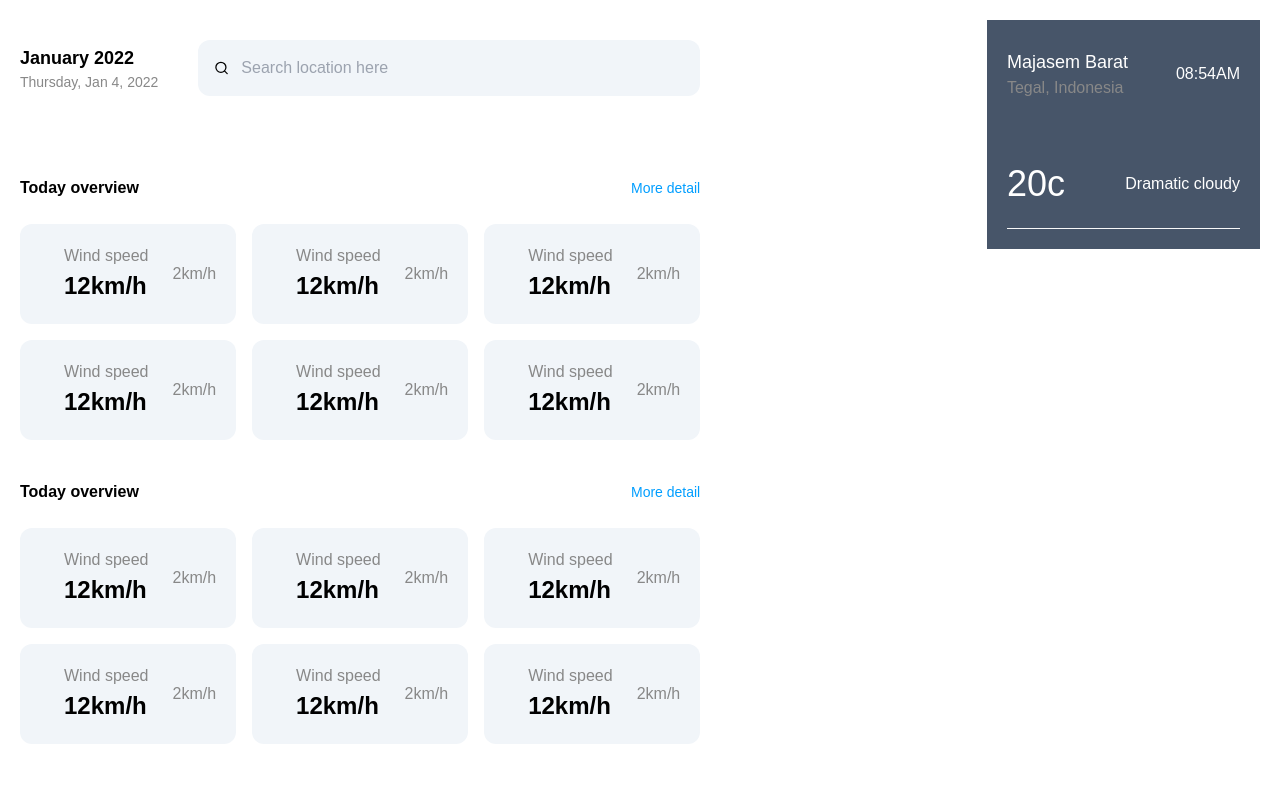
Repository: theweirdboiz/datawarehouse-ui
Page: /
These files come from the project's save history. The page is drawn as it stood at one moment and after the next save; the edit follows.
The browser window is 1280 px wide. The pictures show the whole page.
The project was rebuilt for these pictures with package versions that can differ from the ones it lists, and the page was loaded fresh each time. Also part of the build but not shown: vite.config.js.

Above is the page before, as saved 2022-11-23 18:15:14.

### index.html
<!DOCTYPE html>
<html lang="en">
  <head>
    <meta charset="UTF-8" />
    <link rel="icon" type="image/svg+xml" href="/vite.svg" />
    <meta name="viewport" content="width=device-width, initial-scale=1.0" />
    <title>Weather - Datawarehouse</title>
  </head>
  <body>
    <div id="root"></div>
    <script type="module" src="/src/main.jsx"></script>
  </body>
</html>

### src/App.jsx
import { useState } from "react";
import { FiSearch } from "react-icons/fi";

function App() {
  const date = "font-[900] text-lg";
  const detailDate = "text-sm text-[#888]";

  const contentTop = "mt-[20px] flex items-center gap-x-10 mb-20";
  const contentSearch =
    "content__search p-4 flex items-center gap-x-3 flex-1 rounded-xl bg-slate-100";

  return (
    <div className="p-5 mx-auto max-w-7xl">
      <div className="flex justify-between">
        <section className="content max-w-3xl">
          <div className={contentTop}>
            <div className="flex-col">
              <h3 className={date}>January 2022</h3>
              <div className={detailDate}>Thursday, Jan 4, 2022</div>
            </div>
            <div className={contentSearch}>
              <FiSearch />
              <input
                className="w-full bg-transparent"
                type="text"
                placeholder="Search location here"
              />
            </div>
          </div>
          <div className="content__detail mb-10">
            <div className="flex items-center justify-between">
              <h4 className="font-semibold">Today overview</h4>
              <div className="">
                <button className="text-sm font-medium text-[#009EFF]">
                  More detail
                </button>
              </div>
            </div>
            <div>
              <div className="content__detail-box grid grid-cols-3 gap-4 mt-6">
                <div className="content__detail-item p-5 flex items-center gap-x-6 bg-slate-100 rounded-xl">
                  <i></i>
                  <div className="speed flex flex-col">
                    <h4 className="text-[#888]">Wind speed</h4>
                    <span className="text-[24px] font-semibold">12km/h</span>
                  </div>
                  <span className="text-[#888]">2km/h</span>
                </div>
                <div className="content__detail-item p-5 flex items-center gap-x-6 bg-slate-100 rounded-xl">
                  <i></i>
                  <div className="speed flex flex-col">
                    <h4 className="text-[#888]">Wind speed</h4>
                    <span className="text-[24px] font-semibold">12km/h</span>
                  </div>
                  <span className="text-[#888]">2km/h</span>
                </div>
                <div className="content__detail-item p-5 flex items-center gap-x-6 bg-slate-100 rounded-xl">
                  <i></i>
                  <div className="speed flex flex-col">
                    <h4 className="text-[#888]">Wind speed</h4>
                    <span className="text-[24px] font-semibold">12km/h</span>
                  </div>
                  <span className="text-[#888]">2km/h</span>
                </div>
                <div className="content__detail-item p-5 flex items-center gap-x-6 bg-slate-100 rounded-xl">
                  <i></i>
                  <div className="speed flex flex-col">
                    <h4 className="text-[#888]">Wind speed</h4>
                    <span className="text-[24px] font-semibold">12km/h</span>
                  </div>
                  <span className="text-[#888]">2km/h</span>
                </div>
                <div className="content__detail-item p-5 flex items-center gap-x-6 bg-slate-100 rounded-xl">
                  <i></i>
                  <div className="speed flex flex-col">
                    <h4 className="text-[#888]">Wind speed</h4>
                    <span className="text-[24px] font-semibold">12km/h</span>
                  </div>
                  <span className="text-[#888]">2km/h</span>
                </div>
                <div className="content__detail-item p-5 flex items-center gap-x-6 bg-slate-100 rounded-xl">
                  <i></i>
                  <div className="speed flex flex-col">
                    <h4 className="text-[#888]">Wind speed</h4>
                    <span className="text-[24px] font-semibold">12km/h</span>
                  </div>
                  <span className="text-[#888]">2km/h</span>
                </div>
              </div>
            </div>
          </div>
          <div className="content__detail mb-10">
            <div className="flex items-center justify-between">
              <h4 className="font-semibold">Today overview</h4>
              <div className="">
                <button className="text-sm font-medium text-[#009EFF]">
                  More detail
                </button>
              </div>
            </div>
            <div>
              <div className="content__detail-box grid grid-cols-3 gap-4 mt-6">
                <div className="content__detail-item p-5 flex items-center gap-x-6 bg-slate-100 rounded-xl">
                  <i></i>
                  <div className="speed flex flex-col">
                    <h4 className="text-[#888]">Wind speed</h4>
                    <span className="text-[24px] font-semibold">12km/h</span>
                  </div>
                  <span className="text-[#888]">2km/h</span>
                </div>
                <div className="content__detail-item p-5 flex items-center gap-x-6 bg-slate-100 rounded-xl">
                  <i></i>
                  <div className="speed flex flex-col">
                    <h4 className="text-[#888]">Wind speed</h4>
                    <span className="text-[24px] font-semibold">12km/h</span>
                  </div>
                  <span className="text-[#888]">2km/h</span>
                </div>
                <div className="content__detail-item p-5 flex items-center gap-x-6 bg-slate-100 rounded-xl">
                  <i></i>
                  <div className="speed flex flex-col">
                    <h4 className="text-[#888]">Wind speed</h4>
                    <span className="text-[24px] font-semibold">12km/h</span>
                  </div>
                  <span className="text-[#888]">2km/h</span>
                </div>
                <div className="content__detail-item p-5 flex items-center gap-x-6 bg-slate-100 rounded-xl">
                  <i></i>
                  <div className="speed flex flex-col">
                    <h4 className="text-[#888]">Wind speed</h4>
                    <span className="text-[24px] font-semibold">12km/h</span>
                  </div>
                  <span className="text-[#888]">2km/h</span>
                </div>
                <div className="content__detail-item p-5 flex items-center gap-x-6 bg-slate-100 rounded-xl">
                  <i></i>
                  <div className="speed flex flex-col">
                    <h4 className="text-[#888]">Wind speed</h4>
                    <span className="text-[24px] font-semibold">12km/h</span>
                  </div>
                  <span className="text-[#888]">2km/h</span>
                </div>
                <div className="content__detail-item p-5 flex items-center gap-x-6 bg-slate-100 rounded-xl">
                  <i></i>
                  <div className="speed flex flex-col">
                    <h4 className="text-[#888]">Wind speed</h4>
                    <span className="text-[24px] font-semibold">12km/h</span>
                  </div>
                  <span className="text-[#888]">2km/h</span>
                </div>
              </div>
            </div>
          </div>
        </section>
        <section className="content__right text-white">
          <div className="bg-slate-600 p-5">
            <div className="flex items-center gap-x-12 justify-between mt-2 mb-5 ">
              <div className="flex flex-col">
                <h3 className="text-lg">Majasem Barat</h3>
                <span className="text-[#888]">Tegal, Indonesia</span>
              </div>
              <h4>08:54AM</h4>
            </div>
            <div className="mt-16 flex justify-between items-center border-b-[1px] border-[#f8f8f8] pb-6">
              <div className="">
                <h2 className="text-4xl">20c</h2>
              </div>
              <h3>Dramatic cloudy</h3>
            </div>
          </div>
        </section>
      </div>
    </div>
  );
}

export default App;

### src/index.scss
@tailwind base;
@tailwind components;
@tailwind utilities;

@layer base {
  @import url("https://fonts.googleapis.com/css2?family=Poppins:wght@300;500;600;900&display=swap");

  *,
  *::before,
  *::after {
    box-sizing: border-box;
  }
  * {
    margin: 0;
    padding: 0;
  }
  body {
    line-height: 1.5;
    font-family: "Poppins", sans-serif;
  }
  img,
  picture,
  video,
  canvas,
  svg {
    display: block;
    max-width: 100%;
  }
  input,
  button,
  textarea,
  select {
    outline: none;
  }
  p,
  h1,
  h2,
  h3,
  h4,
  h5,
  h6 {
    overflow-wrap: break-word;
  }
}

Loaded but not shown: src/main.jsx (common file); tailwind.config.cjs (common file)

After the next save:
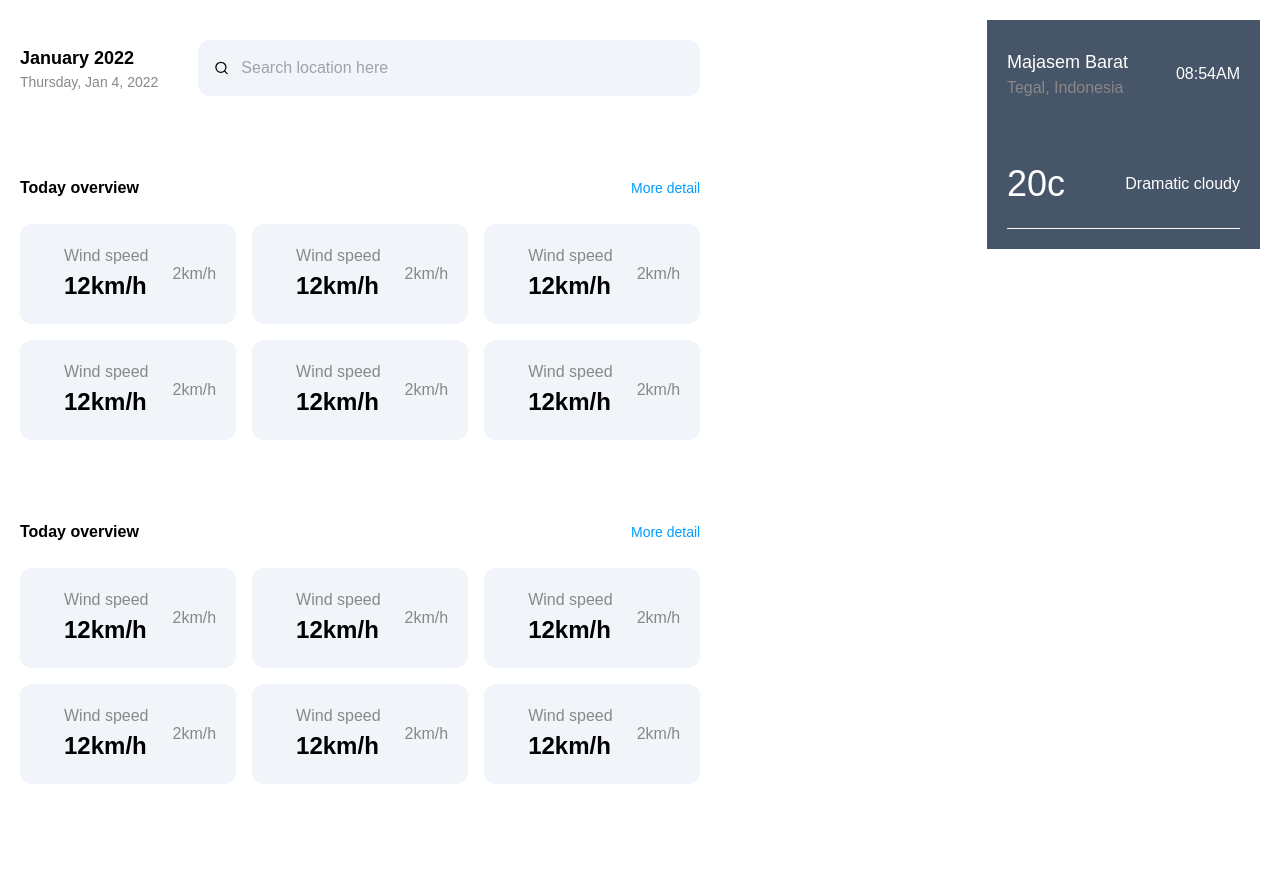
Saved 19 s later.
--- a/src/App.jsx
+++ b/src/App.jsx
@@ -27,7 +27,7 @@ function App() {
               />
             </div>
           </div>
-          <div className="content__detail mb-10">
+          <div className="content__detail mb-20">
             <div className="flex items-center justify-between">
               <h4 className="font-semibold">Today overview</h4>
               <div className="">
@@ -89,7 +89,7 @@ function App() {
               </div>
             </div>
           </div>
-          <div className="content__detail mb-10">
+          <div className="content__detail mb-20">
             <div className="flex items-center justify-between">
               <h4 className="font-semibold">Today overview</h4>
               <div className="">
